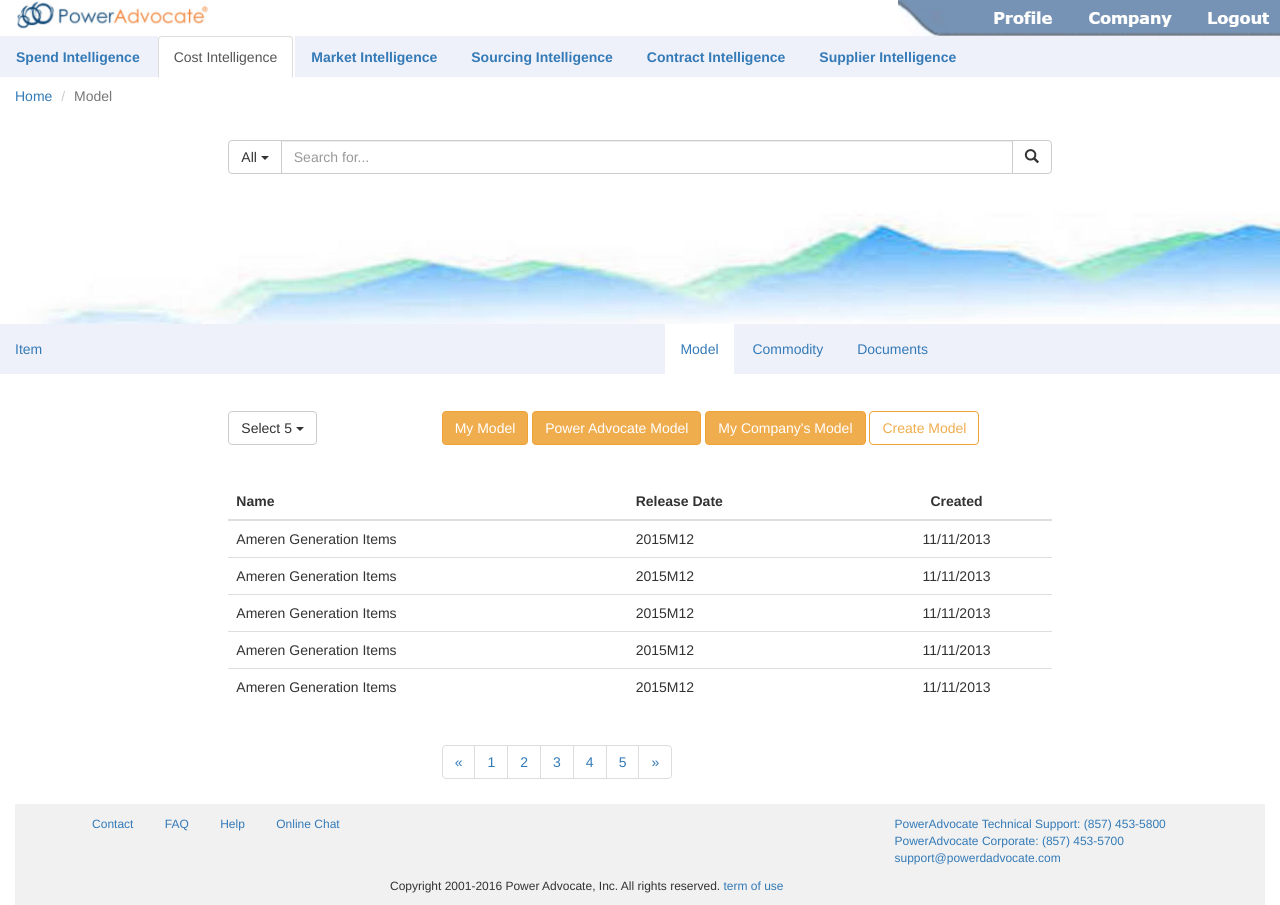
Repository: SamiraMansouri/PowerAdvocate-CostIntelligence-Application-new-Design-using-UserExperience-Method-
Page: http://localhost/PowerAdvocate/WEB-INF/views/home.jsp
The author's editor kept a copy of each file at every save. The page is drawn from the files as they stood at one save, then again after the next save.
The browser window is 1280 px wide. The pictures show the whole page.
The page is served by Tomcat 9. Nobody is signed in. The template is opened directly, without the code that normally fills it, so the values that code supplies are empty.

Above is the page before, as saved 2016-04-25 01:25:55.

After the next save:
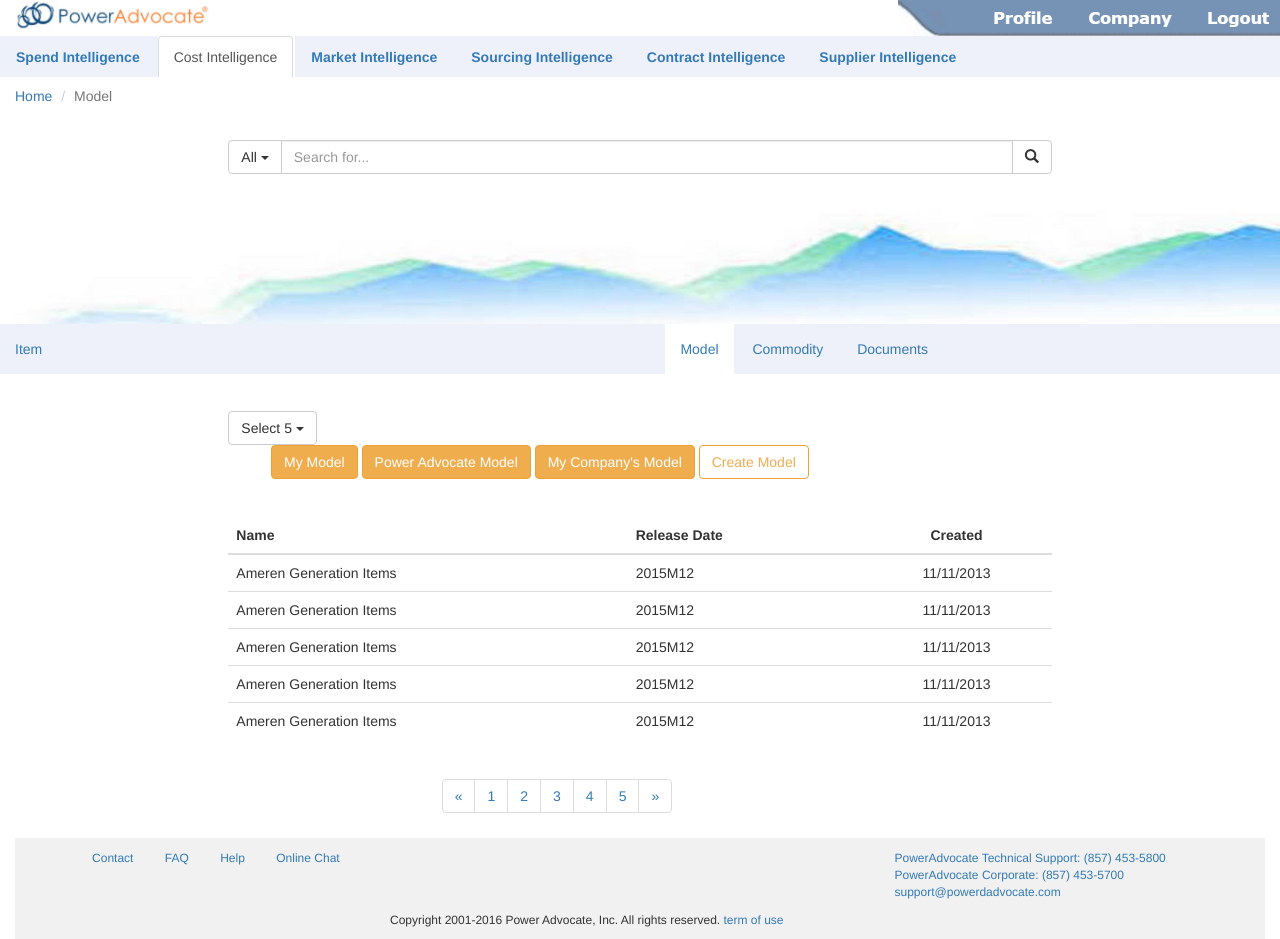
Saved 36 s later.
--- a/PowerAdvocate-Prototype/PowerAdvocate/src/main/webapp/WEB-INF/views/home.jsp
+++ b/PowerAdvocate-Prototype/PowerAdvocate/src/main/webapp/WEB-INF/views/home.jsp
@@ -233,7 +233,7 @@
 					</ul>
 				</div>
 			</div>
-			<div class="col-md-6 ">
+			<div class="col-md-6 " style="margin-left:20%;">
 				<button type="Button" class="btn btn-warning">My Model</button>
 				<button type="Button" class="btn btn-warning">Power
 					Advocate Model</button>
